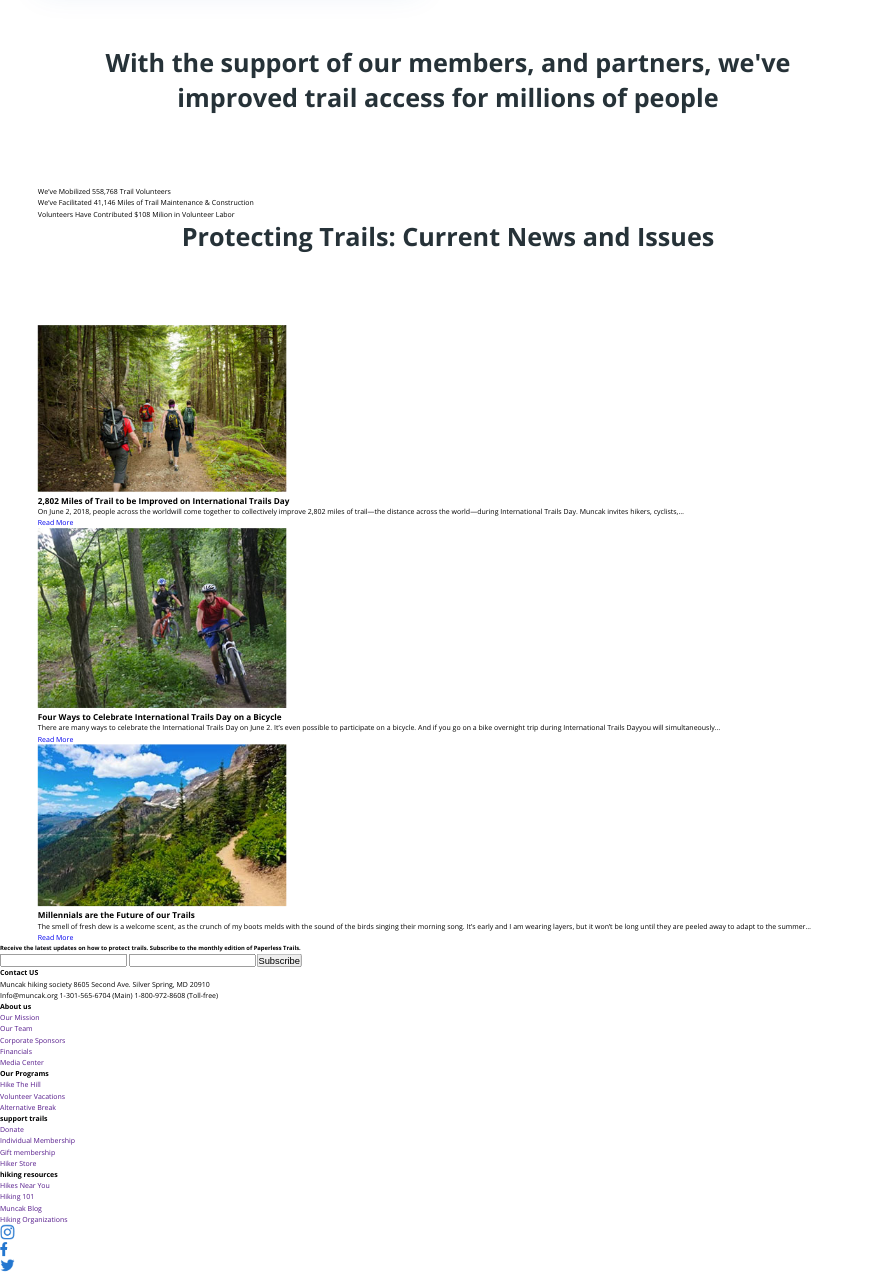
Repository: huubinh98/Project
Page: muncak/index.html
An editor plug-in stored every save of this project. The page is shown before and after the next save, followed by the edit.
The browser window is 1280 px wide. The pictures show the part of the page from y = 2859 to 4779 px (the page is 4679 px tall before and 4779 px after), at 70% of full size.

Above is the page before, as saved 2021-08-28 19:25:00.

### muncak/index.html
<!DOCTYPE html>
<html lang="en">

<head>
    <meta charset="UTF-8">
    <meta http-equiv="X-UA-Compatible" content="IE=edge">
    <meta name="viewport" content="width=device-width, initial-scale=1.0">
    <link rel="stylesheet" href="./style.css">
    <link rel="preconnect" href="https://fonts.googleapis.com">
    <link rel="preconnect" href="https://fonts.gstatic.com" crossorigin>
    <link href="https://fonts.googleapis.com/css2?family=Open+Sans:wght@300;400;600;700&display=swap" rel="stylesheet">
    <title>Muncak</title>
</head>

<body>
    <header class="header">
        <div class="container header-nav">
            <h1 class="logo"><a href="" class="logo-link"><img src="./image/Muncak.png" alt="" class="logo-img"></a>
            </h1>
            <ul class="nav-list">
                <li class="nav-item">
                    <a href="" class="nav-item-link">Home</a>
                </li>
                <li class="nav-item">
                    <a href="" class="nav-item-link">Go Hiking</a>
                </li>
                <li class="nav-item">
                    <a href="" class="nav-item-link">About</a>
                </li>
                <li class="nav-item">
                    <a href="" class="nav-item-link nav-highlight">Login</a>
                </li>
            </ul>
        </div>
        <div class="container-small">
            <h1 class="heading-banner">Lets get the top of Moutain</h1>
            <p class="heading-desc">Here is the hiking information you need to decide
                if it is right for you, and to make it more interesting,
                enjoyable, and safe.</p>
            <a href="#" class="btn c"> Get Started</a>
        </div>
    </header>
    <section class="about">
        <div class="container-small about-wrap">
            <h2 class="heading-name hearding-name-about">We envision a world where everyone
                has permanent access to a hiking trail</h2>
            <div class="about-item">
                <img src="./image/loa.png" alt="loa" class="about-img">
                <div class="about-content">
                    <h4 class="about-content-heading">Advocate</h4>
                    <p class="about-content-desc">We work with Congress, Federal agencies, and partners on policy issues
                        and legislation to ensure funding for trails, preservation of natural areas, and protection of
                        the hiking experience.</p>
                </div>
            </div>
            <div class="about-item">
                <img src="./image/bantay.png" alt="loa" class="about-img">
                <div class="about-content">
                    <h4 class="about-content-heading">Volunteer </h4>
                    <p class="about-content-desc">Trails don't maintain themselves. Individuals of any age and
                        experience level can become trail stewards. Give back to the trails you love, meet new people,
                        and enjoy the experience!</p>
                </div>
            </div>
            <div class="about-item">
                <img src="./image/nui.png" alt="loa" class="about-img">
                <div class="about-content">
                    <h4 class="about-content-heading">Explore</h4>
                    <p class="about-content-desc">Feel confident when you set out on your next trail adventure. Check
                        out our free hiking resources like tips for hiking with families, gear checklists, finding the
                        best trail for you.</p>
                </div>
            </div>
            <a href="" class="btn btn-about">Lean more</a>
        </div>
        <div class="container-small about-custumer">
            <h2 class="heading-name">With the support of our members, and partners, we've improved trail access for millions of people</h2>
            <div class="customer-content">
                <p class="customer-text">We’ve Mobilized <span>558,768</span> Trail Volunteers</p>
                <p class="customer-text">We’ve Facilitated <span>41,146</span>
                    Miles of Trail Maintenance & Construction</p>
                <p class="customer-text">Volunteers Have Contributed <span>$108 Milion</span> in Volunteer Labor</p>
            </div>
        </div>
    </section>

    <!-- -----------new--------------- -->
    <section class="new">
        <div class="container-small">
            <h2 class="heading-name">Protecting Trails: Current News and Issues</h2>
            <div class="new-content">
                <div class="new-item">
                    <a href="#" class="new-item-link">
                        <img src="./image/pic1.jpg" alt="pic1" class="new-item-img">
                    </a>
                    <div class="new-item-text">
                        <h3 class="new-item-name">2,802 Miles of Trail to be Improved on International Trails Day</h3>
                        <p class="new-item-desc">On June 2, 2018, people across the worldwill come together to
                            collectively improve 2,802 miles of trail—the distance across the world—during International
                            Trails Day. Muncak invites hikers, cyclists,…</p>
                        <a href="#" class="new-item-link">Read More</a>
                    </div>
                </div>
                <div class="new-item">
                    <a href="#" class="new-item-link">
                        <img src="./image/pic2.jpg" alt="pic1" class="new-item-img">
                    </a>
                    <div class="new-item-text">
                        <h3 class="new-item-name">Four Ways to Celebrate International Trails Day on a Bicycle</h3>
                        <p class="new-item-desc">There are many ways to celebrate the International Trails Day on June 2. It’s even possible to participate on a bicycle. And if you go on a bike overnight trip during International Trails Dayyou will simultaneously…</p>
                        <a href="#" class="new-item-link">Read More</a>
                    </div>
                </div>
                <div class="new-item">
                    <a href="#" class="new-item-link">
                        <img src="./image/pic3.jpg" alt="pic1" class="new-item-img">
                    </a>
                    <div class="new-item-text">
                        <h3 class="new-item-name">Millennials are the Future of our Trails</h3>
                        <p class="new-item-desc">The smell of fresh dew is a welcome scent, as the crunch of my boots melds with the sound of the birds singing their morning song. It’s early and I am wearing layers, but it won’t be long until they are peeled away to adapt to the summer…</p>
                        <a href="#" class="new-item-link">Read More</a>
                    </div>
                </div>
            </div>
        </div>
    </section>

    <div class="contact-footer">
        <div class="container">
            <h5 class="contact-heading">Receive the latest updates on how to protect trails.
                Subscribe to the monthly edition of Paperless Trails.</h5>
            <form action="">
                <input type="text" name="Name" id="" class="form-input">
                <input type="text" name="Email" id="" class="form-input">
                <button type="submit">Subscribe</button>
            </form>
        </div>
        <footer class="footer container">
            <div class="footer-info">
                <div class="footer-item">
                    <h4>Contact US</h4>
                    <p>Muncak hiking society
                        8605 Second Ave.
                        Silver Spring, MD 20910</p>
                    <p>
                        <span>Info@muncak.org</span>
                        <span>1-301-565-6704 (Main)</span>
                        <span>1-800-972-8608 (Toll-free)</span>
                    </p>
                </div>
                <div class="footer-item">
                    <h4>About us</h4>
                    <ul>
                        <li>
                            <a href="">Our Mission</a>
                        </li>
                        <li>
                            <a href="">Our Team</a>
                        </li>
                        <li>
                            <a href="">Corporate Sponsors</a>
                        </li>
                        <li>
                            <a href="">Financials</a>
                        </li>
                        <li>
                            <a href="">Media Center</a>
                        </li>
                    </ul>
                </div>
                <div class="footer-item">
                    <h4>Our Programs</h4>
                    <ul>
                        <li>
                            <a href="">Hike The Hill</a>
                        </li>
                        <li>
                            <a href="">Volunteer Vacations</a>
                        </li>
                        <li>
                            <a href="">Alternative Break</a>
                        </li>
                    </ul>
                </div>
                <div class="footer-item">
                    <h4>support trails</h4>
                    <ul>
                        <li>
                            <a href="">Donate</a>
                        </li>
                        <li>
                            <a href="">Individual Membership</a>
                        </li>
                        <li>
                            <a href="">Gift membership</a>
                        </li>
                        <li>
                            <a href="">Hiker Store</a>
                        </li>
                    </ul>
                </div>
                <div class="footer-item">
                    <h4>hiking resources</h4>
                    <ul>
                        <li>
                            <a href="">Hikes Near You</a>
                        </li>
                        <li>
                            <a href="">Hiking 101</a>
                        </li>
                        <li>
                            <a href="">Muncak Blog</a>
                        </li>
                        <li>
                            <a href="">Hiking Organizations</a>
                        </li>
                    </ul>
                </div>
            </div>
            <ul class="socical">
                <li class="socical-item">
                    <a href="" class="socical-item-link">
                        <img src="./image/instar.png" alt="" class="socical-item-img">
                    </a>
                </li>
                <li class="socical-item">
                    <a href="" class="socical-item-link">
                        <img src="./image/facebook.png" alt="" class="socical-item-img">
                    </a>
                </li>
                <li class="socical-item">
                    <a href="" class="socical-item-link">
                        <img src="./image/tiwer.png" alt="" class="socical-item-img">
                    </a>
                </li>
            </ul>
        </footer>
    </div>
</body>

</html>

### muncak/style.css
* {
    margin: 0;
    padding: 0;
    box-sizing: border-box;
}

html {
    font-size: 62.5%;
    line-height: 1.6rem;
    font-family: 'Open Sans', sans-serif;
    scroll-behavior: smooth;
}

ul, li {
    list-style: none;
}

a {
    text-decoration: none;
}

.container {
    max-width: 1404px;
    width: 100%;
    margin: 0 auto;
}

.container-small {
    max-width: 1172px;
    width: 100%;
    margin: 0 auto;
}

.btn {
    font-size: 2rem;
    line-height: 8rem;
    color: #fbfcfc;
    background-color: #2870db;
    border-radius: 40px;
    display: inline-block;
    padding: 0 66px;
    box-shadow: 0 22px 24px rgba(17, 83, 165, 0.21);
    transition: 0.25s ease;
}

.heading-name {
    font-size: 3.6rem;
    line-height: 5rem;
    text-align: center;
    margin: 0 auto;
    color: #263238;
    margin-bottom: 101px;
    max-width: 1000px;
}

.btn:hover {
    background-color: #1153a5;
}

/* ----------------------- */

.header {
    margin: 0 auto;
    max-width: 1900px;
    height: 1026px;
    background-color: white;
    background-image: url(./image/backgroudleft1.png), url(./image/Muncak-Landing-Page.png);
    background-position: left bottom, right top;
    background-repeat: no-repeat, no-repeat;
}

.header-nav {
    display: flex;
    justify-content: space-between;
    padding-top: 85px;
}

.logo{

}
.logo-link{

}
.logo-img{

}
.nav-list{

}
.nav-item{
    display: inline-block;
}
.nav-item-link{
    font-size: 1.8rem;
    font-weight: 400;
    line-height: 3.6rem;
    color: #fff;
    padding: 0 36px;
    display: inline-block;
}

.nav-highlight {
    background-color: #fff;
    color: #14215e;
    border-radius: 14px;
}

.heading-banner {
    font-size: 5rem;
    line-height: 6rem;
    color: #1c2056;
    margin-top: 144px;
    max-width: 400px;
}

.heading-desc {
    font-size: 1.8rem;
    line-height: 4rem;
    color: rgba(45, 32, 88, 0.65);
    max-width: 400px;
    margin-top: 43px;
    margin-bottom: 103px;
}

.btn-heading {
    margin-bottom: 310px;
}


/* -----------about---------------- */
.about {
    padding-top: 158px;
}

.about-wrap {
    margin-bottom: 105px;
}

.hearding-name-about {
    max-width: 700px;
}

.about-item {
    margin-top: -150px;
    max-width: 549px;
}

.about-item:nth-child(2n + 1) {
    margin-left: auto;
}

.about-item:nth-child(2n + 2) {
    margin-top: -109px;
}

.about-item:first-of-type {
    margin-top: 0;
}

.about-img {
    display: block;
    margin: 0 auto;
    margin-bottom: 63px;
}

.about-content {
    box-shadow: 0 27px 43px rgb(32 94 171 / 10%);
    background-color: #fff;
    padding: 72px;
}

.about-content-heading {
    font-size: 2.4rem;
    line-height: 3.6rem;
    color: #263238;
    padding-bottom: 48px;
}

.about-content-desc {
    font-size: 1.8rem;
    line-height: 3.6rem;
    color: #546e7a;
}

.btn-about {
    float: right;
    margin-right: 163px;
    margin-top: -226px;
}

/* -----------customer-------------- */

.about-custumer {
    margin-top: 105px;
}

After the next save:
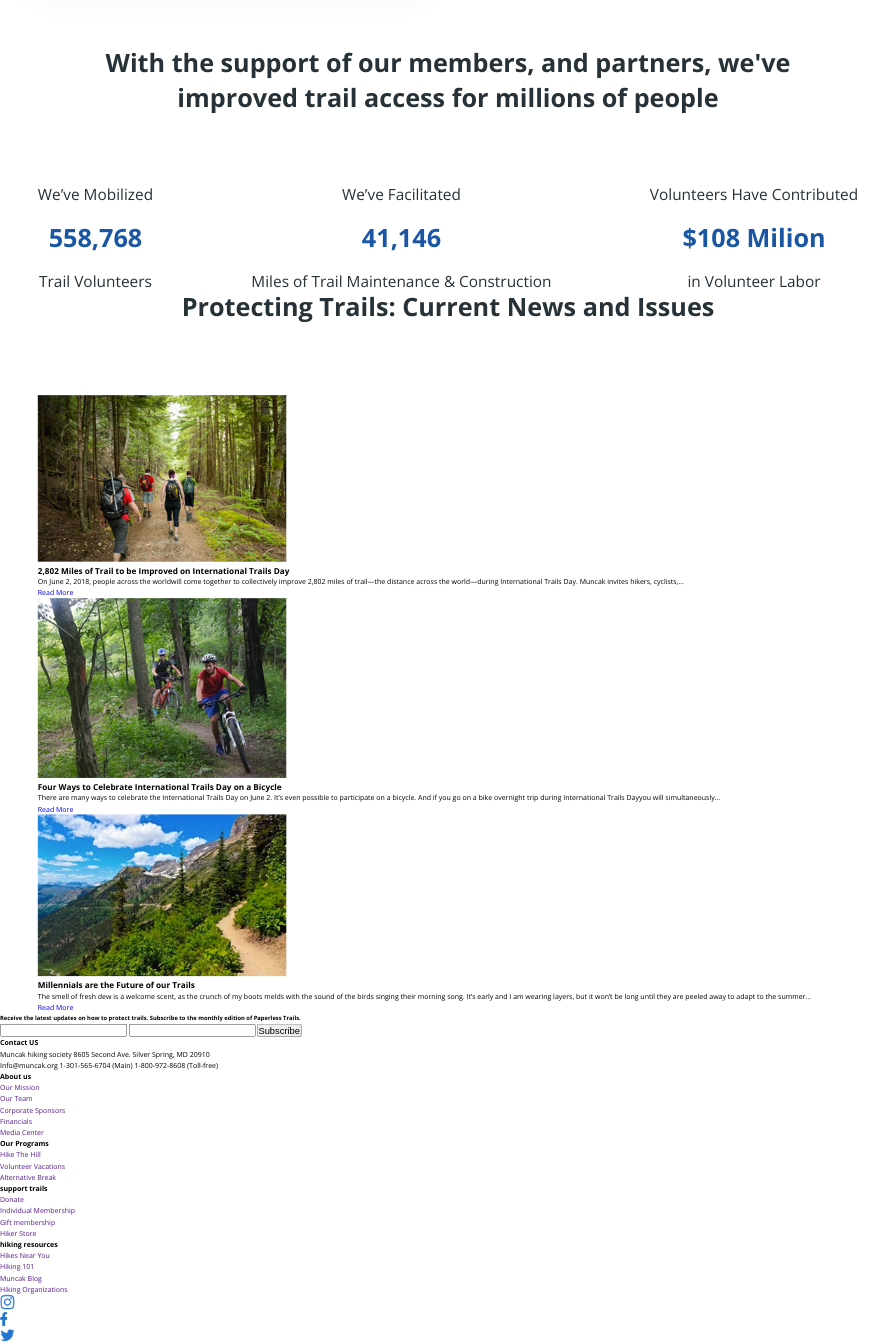
Saved 7 min 51 s later.
--- a/muncak/style.css
+++ b/muncak/style.css
@@ -193,3 +193,24 @@ a {
 .about-custumer {
     margin-top: 105px;
 }
+
+.customer-content {
+    display: flex;
+    justify-content: space-between;
+}
+
+.customer-text {
+    text-align: center;
+    font-size: 2.2rem;
+    line-height: 2.3rem;
+    color: #263238;
+}
+
+.customer-text span {
+    font-size: 3.6rem;
+    display: block;
+    color: #1a56a3;
+    font-weight: 700;
+    line-height: 3.4rem;
+    padding: 34px 0;
+}
